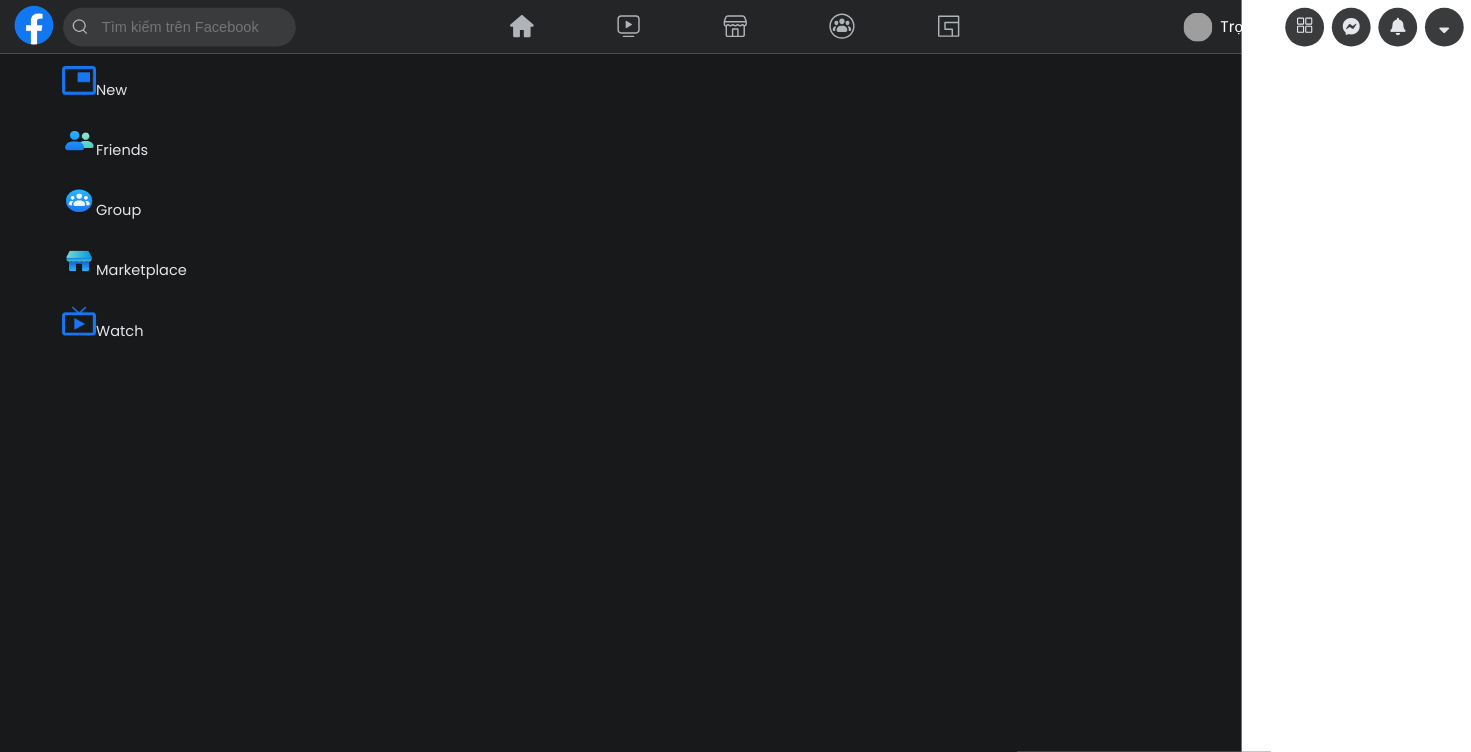
Repository: vanntrong/facebook-clone
Page: index.html
These files come from the project's save history. The page is drawn as it stood at one moment and after the next save; the edit follows.
The browser window is 1280 px wide. The page is 1517 px wide, so the pictures cover 1517 px, including what lies to the right of the window. The pictures show the whole page, at 97% of full size.
Pictures or frames that could not be fetched are drawn as grey boxes.

Above is the page before, as saved 2021-09-08 18:24:03.

After the next save:
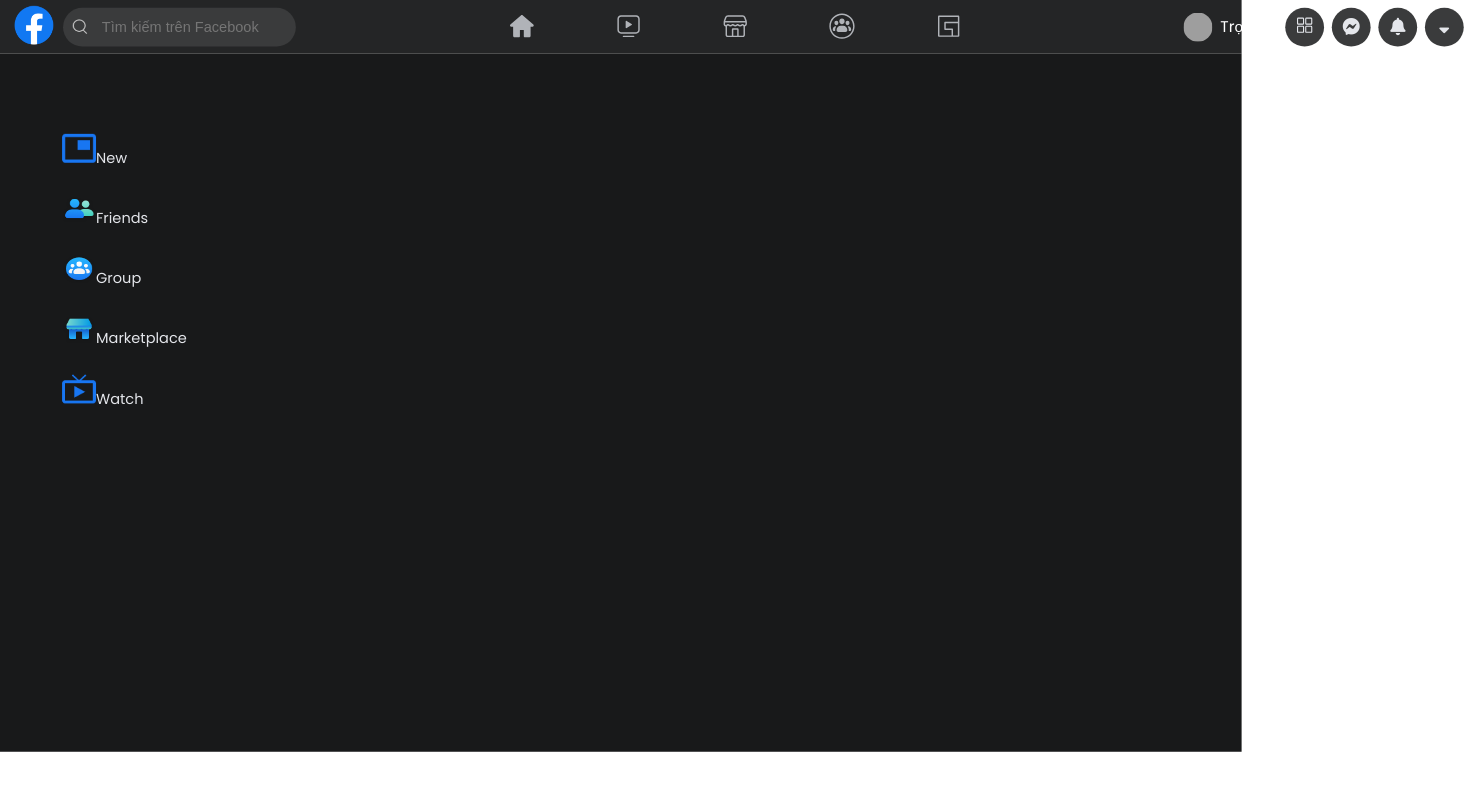
Saved 34 s later.
--- a/assets/css/style.css
+++ b/assets/css/style.css
@@ -167,6 +167,8 @@
 
 .left-sidebar {
   flex-basis: 25%;
+  position: relative;
+  top: 70px;
 }
 
 .imp-links {
